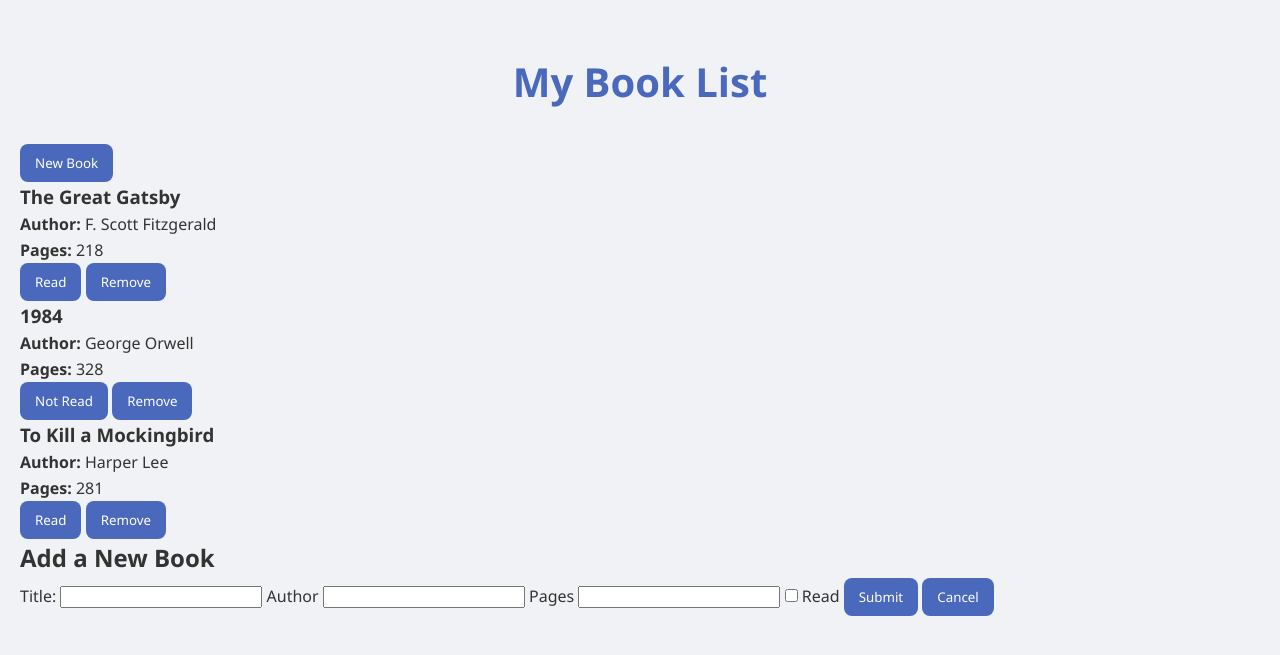
Repository: gkintu/odin-book-library
Page: index.html
These files come from the project's save history. The page is drawn as it stood at one moment and after the next save; the edit follows.
The browser window is 1280 px wide. The pictures show the whole page.

Above is the page before, as saved 2025-03-11 14:30:05.

### index.html
<!DOCTYPE html>
<html lang="en">
<head>
    <meta charset="UTF-8">
    <meta name="viewport" content="width=device-width, initial-scale=1.0">
    <link rel="stylesheet" href="style.css">
    <title>Book Library App</title>
</head>
<body>
    <h1>My Book List</h1>
    <button id="new-book-btn" class="btn">New Book</button>

    <!-- Display container for books -->
    <div id="library"></div>

    <!-- Modal form for user to add a new book-->
     <div id="modal-book-container">
        <form id="book-form">
            <h2>Add a New Book</h2>
            <label for="title">Title:</label>
            <input type="text" id="title" name="title" required>

            <label for="author">Author</label>
            <input type="text" id="author" name="author" required>

            <label for="pages">Pages</label>
            <input type="number" id="pages" name="pages" required>

            <label>
                <input type="checkbox" id="read" name="read" />
                Read
              </label>

            <button type="submit" class="btn">Submit</button>
            <button type="button" id="cancel-btn" class="btn">Cancel</button>
        </form>
     </div>

     <script src="script.js"></script>
</body>

</html>

### style.css
:root {
    --primary-color: #4a69bd;
    --secondary-color: #3d5a8c;
    --text-color: #333;
    --light-color: #f5f6fa;
    --shaddow: 0 4px 8px rba(0, 0, 0, 0.1);
    --border-radius: 8px;
    --transition: all 0.2s ease;
}

* {
    margin: 0;
    padding: 0;
    box-sizing: border-box;
    font-family: 'Segoe UI', Tahoma, Geneva, Verdana, sans-serif;
}

body {
    background-color: #f0f2f5;
    color: var(--text-color);
    line-height: 1.6;
    padding: 20px;
    margin: 0 auto;
}

h1 {
    text-align: center;
    margin: 30px 0;
    color: var(--primary-color);
    font-size: 2.5rem;
}

.btn {
    background-color: var(--primary-color);
    color: #fff;
    border:none;
    padding: 10px 15px;
    border-radius: var(--border-radius);
    cursor: pointer;
    transition: var(--transition);
}

.btn:hover {
    background-color: var(--secondary-color);
    transform: translateY(-1px);
}

### script.js
// storing all the added books
const myLibrary = [];

// Object Constructor for the books

function Book(title, author, pages, read) {
  this.id = crypto.randomUUID();
  this.title = title;
  this.author = author;
  this.pages = pages;
  this.read = read;
}

// update myLibrary array and display the library cards
function addBookToLibrary(title, author, pages, read) {
  const book = new Book(title, author, pages, read);
  myLibrary.push(book);
  displayBook();
}

//function to display the books for the user

function displayBook() {
  const libraryDiv = document.getElementById("library");
  libraryDiv.innerHTML = ""; //Clear container for each update

  myLibrary.forEach((book) => {
    const card = document.createElement("div");
    card.classList.add("book-card");
    card.dataset.id = book.id;

    card.innerHTML = `
    <h3>${book.title}</h3>
    <p><strong>Author:</strong> ${book.author}</p>
    <p><strong>Pages:</strong> ${book.pages}</p>
        <button class="btn toggle-btn" data-id="${book.id}"> ${
      book.read ? "Read" : "Not Read"
    }</button>
    <button class="btn remove-btn" data-id="${book.id}">Remove</button>

   `;

    libraryDiv.appendChild(card);
  });
}

//Function to remove book from myLibrary Array based on its book.id
function removeBook(id) {
  const index = myLibrary.findIndex((book) => book.id === id);
  if (index !== -1) {
    myLibrary.splice(index, 1);
  }
}

//Function to toggle Read button from Read to Not Read
function toggleReadStatus(id) {
  const book = myLibrary.find((book) => book.id === id);
  if (book) {
    book.read = !book.read;
    displayBook();
  }
}

// --- Event Listeners ---

// Activate form modal when new book button is clicked
document.getElementById("new-book-btn").addEventListener("click", () => {
  document.getElementById("modal-book-container").style.display = "flex";
});

// Get form submission from user
document.getElementById("book-form").addEventListener("submit", (event) => {
  event.preventDefault();
  const title = document.getElementById("title").value;
  const author = document.getElementById("author").value;
  const pages = document.getElementById("pages").value;
  const read = document.getElementById("read").checked;

  addBookToLibrary(title, author, pages, read);

  //After book card is added, hide and reset the modal
  event.target.reset();
  document.getElementById("modal-book-container").style.display = "none";
});

// Cancel button to hide the modal
document.getElementById("cancel-btn").addEventListener("click", () => {
  document.getElementById("modal-book-container").style.display = "none";
});

//update book card based on remove or toggle button
document.getElementById("library").addEventListener("click", (event) => {
  const id = event.target.dataset.id;

  if (event.target.classList.contains("toggle-btn")) {
    toggleReadStatus(id)
  } else if (event.target.classList.contains("remove-btn")) {
    removeBook(id);
    displayBook();
  }
});

addBookToLibrary('The Great Gatsby', 'F. Scott Fitzgerald', 218, true);
addBookToLibrary('1984', 'George Orwell', 328, false);
addBookToLibrary('To Kill a Mockingbird', 'Harper Lee', 281, true);

After the next save:
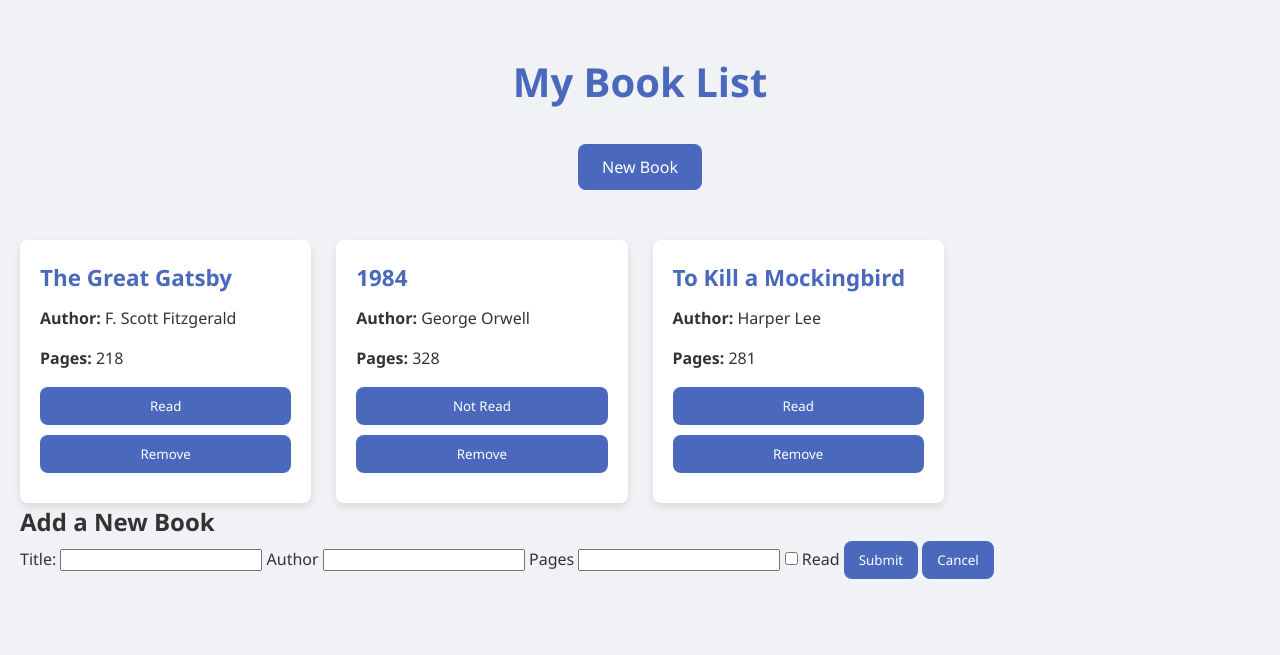
Saved 2 s later.
--- a/style.css
+++ b/style.css
@@ -3,7 +3,8 @@
     --secondary-color: #3d5a8c;
     --text-color: #333;
     --light-color: #f5f6fa;
-    --shaddow: 0 4px 8px rba(0, 0, 0, 0.1);
+    --shadow: 0 4px 8px rgba(0, 0, 0, 0.1);
+
     --border-radius: 8px;
     --transition: all 0.2s ease;
 }
@@ -44,3 +45,50 @@ h1 {
     background-color: var(--secondary-color);
     transform: translateY(-1px);
 }
+
+#new-book-btn {
+    display: block;
+    margin: 0 auto 50px;
+    font-size: 1rem;
+    padding: 12px 24px;
+}
+
+#library {
+    display:grid;
+    grid-template-columns: repeat(auto-fill, minmax(250px, 1fr));
+    gap: 25px;
+}
+
+.book-card {
+    background-color: #fff;
+    border-radius: var(--border-radius);
+    padding: 20px;
+    box-shadow: var(--shadow);
+    display: flex;
+    flex-direction: column;
+    transition: var(--transition);
+}
+
+.book-card:hover {
+
+  transform: translateY(-0.5px);
+    box-shadow: 0 8px 16px rgba(0, 0, 0, 0.15);
+}
+
+.book-card h3 {
+    color: var(--primary-color);
+    margin-bottom: 10px;
+    font-size: 1.4rem;
+}
+
+.book-card p {
+    margin-bottom: 15px;
+}
+
+.book-card .btn {
+    margin-bottom: 10px;
+}
+
+.remove-btn {
+
+}
